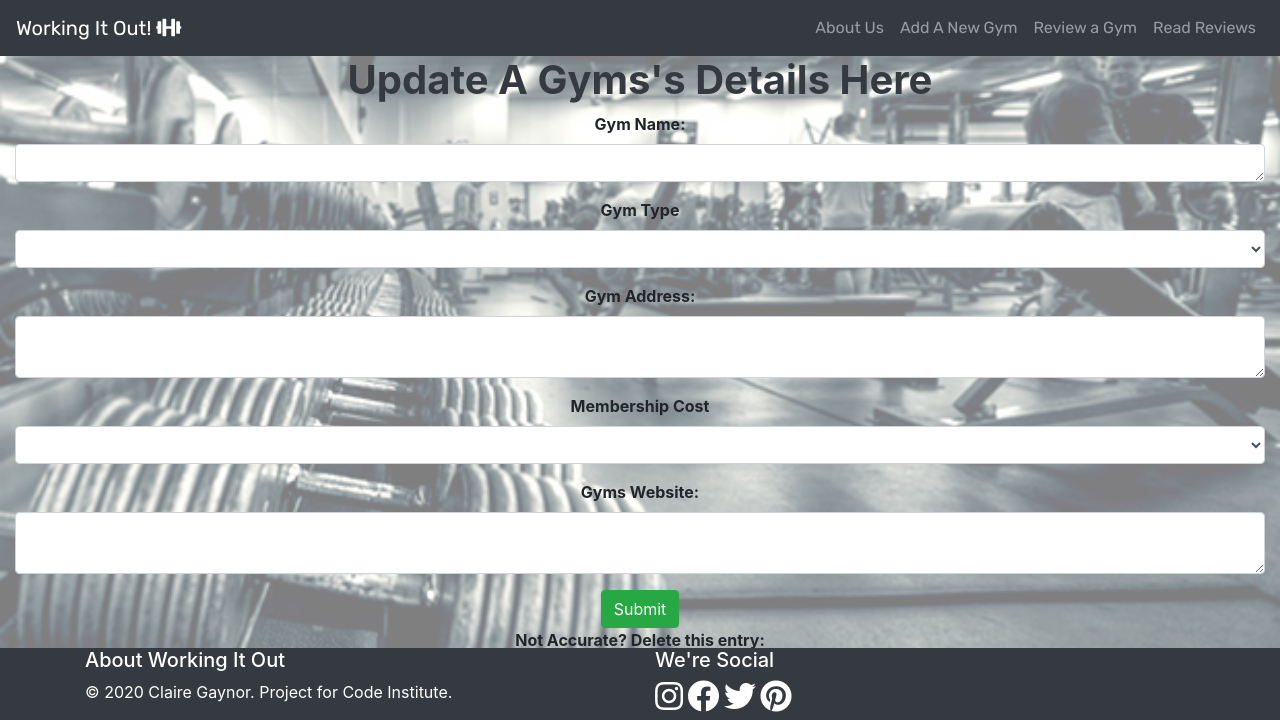
Repository: cgaynor91/Working_It_Out
Page: templates/update_gym.html
The author's editor kept a record of every edit. The page is drawn from the files as they stood at one moment, then again after the next edit.
The browser window is 1280 px wide. The pictures show the whole page.
Some web libraries are served in a nearby version. The page is served by the project's application, run on Flask 3 (app.py). The template is opened directly, without the code that normally fills it, so the values that code supplies are empty.

Above is the page before.

### templates/update_gym.html
{% extends 'base.html' %} {% block content %}

<div class="container-fluid">
    <div class="row justify-content-center">
        <div class="col-10 text-dark welcome-text">
            <h1><strong>Update A Gyms's Details Here</strong></h1>
        </div>
    </div>
    <div class="row row-form justify-content-center">
        <div class="col-12 col-md-5">
            <!-- Form fields here -->
            <form action="{{url_for('update_gym', gym_id=gym._id) }}" method="POST" class="form_font">
                <div class="form-group font-weight-bolder">
                    <label for="gym_name">Gym Name: </label>
                    <textarea class="form-control" id="gym_name" name="gym_name" rows="1" required>{{gym.gym_name}}</textarea>
                </div>
                <div class="form-group font-weight-bolder">
                    <label for="type">Gym Type</label>
                    <select class="form-control" id="gym_type" name="gym_type">
                        <option value="{{gym.gym_type}}" selected>{{gym.gym_type}}</option>
                        {% if gym.gym_type == "General Gym" %}
                        <option>Personal Training</option>
                        <option>Fitness Classes</option>
                        <option>Weightlifting</option>
                        <option>Gym and Pool</option>

                        {% endif %}
                    </select>
                </div>
                <div class="form-group font-weight-bolder">
                    <label for="address">Gym Address: </label>
                    <textarea class="form-control" id="address" name="address" rows="2" required>{{gym.gym_address}}</textarea>
                </div>
                <div class="form-group font-weight-bolder">
                    <label for="cost">Membership Cost</label>
                    <select class="form-control" id="cost" name="cost">
                        <option value="{{gym.cost}}" selected>{{gym.cost}}</option>
                        {% if gym.cost == "Average" %}
                        <option>Expensive</option>
                        <option>Affordable PAYG Option</option>
                        {% elif gym.cost == "Expensive"  %}
                        <option>Average</option>
                        <option>Affordable PAYG Option</option>
                        {% elif gym.cost== "Affordable PAYG Option"  %}
                        <option>Average</option>
                        <option>Expensive</option>
                        {% endif %}
                    </select>
                </div>
                <div class="form-group font-weight-bolder">
                    <label for="gym_url">Gyms Website: </label>
                    <textarea class="form-control" id="gym_url" name="gym_url" rows="2" required>{{gym.gym_url}}</textarea>
                </div>
                <!-- Send button -->
                <button type="submit" class="btn btn-success">Submit</button>
            </form>
            <p class="delete-record-advice"><strong>Not Accurate? Delete this entry:</strong></p>
            <!-- Button trigger modal -->
            <button type="button" class="btn btn-danger" data-toggle="modal" data-target="#Modal">
                Delete Entry
            </button>

            <!-- Modal taken and adapted from Bootstrap -->
            <div class="modal fade" id="Modal" tabindex="-1" role="dialog" aria-labelledby="message_modal" aria-hidden="true">
                <div class="modal-dialog" role="document">
                    <div class="modal-content">
                        <div class="modal-header">
                            <h5 class="modal-title" id="message_modal">Delete Entry</h5>
                            <button type="button" class="close" data-dismiss="modal" aria-label="Close">
                                <span aria-hidden="true">&times;</span>
                            </button>
                        </div>
                        <div class="modal-body">Are you sure you want to delete this?</div>
                        <div class="modal-footer">
                            <a href="{{url_for('get_gyms')}}" type="button" class="btn btn-secondary">Oops, No!
                                take me back!</a>
                            <a href="{{url_for('delete_gym', gym_id=gym._id) }}" type="button" class="btn btn-danger">Yes, Delete This Entry</a>
                        </div>
                    </div>
                </div>
            </div>
        </div>
    </div>
</div>

{% endblock %}

### templates/base.html
<!DOCTYPE html>
<html>

<head>
    <link href="https://fonts.googleapis.com/css?family=Rubik&display=swap" rel="stylesheet">
    <link rel="stylesheet" href="https://stackpath.bootstrapcdn.com/bootstrap/4.4.1/css/bootstrap.min.css">
    <link rel="stylesheet" href="https://cdnjs.cloudflare.com/ajax/libs/font-awesome/5.12.0/css/all.min.css" />
    <link rel="stylesheet" href="{{ url_for('static', filename='css/style.css') }}" type="text/css" />
    <title>Working It Out!</title>
</head>

<body>
    <header>
        <!-- Navbar taken from Bootstrap -->
        <nav class="navbar navbar-expand-md navbar-dark bg-dark home-text">
            <a class="navbar-brand" href="{{url_for('get_gyms')}}">Working It Out! <i
                    class="fas fa-dumbbell"></i></a>
            <button class="navbar-toggler" type="button" data-toggle="collapse" data-target="#navbarNavAltMarkup" aria-controls="navbarNavAltMarkup" aria-expanded="false" aria-label="Toggle navigation">
                <span class="navbar-toggler-icon"></span>
            </button>
            <div class="collapse navbar-collapse" id="navbarNavAltMarkup">
                <div class="navbar-nav ml-auto">
                    <a class="nav-item nav-link" href="{{url_for('about')}}">About Us</a>
                    <a class="nav-item nav-link" href="{{url_for('add_new_gym')}}">Add A New Gym</a>
                    <a class="nav-item nav-link" href="{{url_for('gym_review')}}">Review a Gym</a>
                    <a class="nav-item nav-link" href="{{url_for('read_review')}}">Read Reviews</a>


                </div>
            </div>

        </nav>
    </header>

    <!-- Background image -->
    <div class="container-fluid bg"></div>


    {% block content %} {% endblock %}

    <!--Footer-->
    <footer class="fixed-bottom">
        <div class="container">
            <div class="row">
                <div class="col l6 s12">
                    <h5>About Working It Out</h5>
                    <p> © 2020 Claire Gaynor. Project for Code Institute.</p>
                </div>
                <div class="col l4 offset-l2 s12">
                    <h5>We're Social</h5>
                    <a href="https://www.instagram.com/" target="_blank"><i class="fab fa-instagram fa-2x" style="color:white"></i></a>
                    <a href="https://www.facebook.com/" target="_blank"><i class="fab fa-facebook fa-2x" style="color:white"></i></a>
                    <a href="https://www.twitter.com/" target="_blank"><i class="fab fa-twitter fa-2x" style="color:white"></i>
                    <a href="https://www.pinterest.com/" target="_blank"><i class="fab fa-pinterest fa-2x" style="color:white"></i></a>
                </div>
            </div>
        </div>
    </footer>



    <script src="https://code.jquery.com/jquery-3.4.1.slim.min.js"></script>
    <script src="https://cdn.jsdelivr.net/npm/popper.js@1.16.0/dist/umd/popper.min.js"></script>
    <script src="https://stackpath.bootstrapcdn.com/bootstrap/4.4.1/js/bootstrap.min.js"></script>
</body>

</html>

### app.py
import os
from flask import Flask, render_template, redirect, request, url_for
from flask_pymongo import PyMongo
from bson.objectid import ObjectId

app = Flask(__name__)
app.config["MONGO_DBNAME"] = 'working_it_out'
app.config["MONGO_URI"] = os.getenv('MONGO_URI')

mongo = PyMongo(app)


@app.route('/')
@app.route('/get_gyms')
def get_gyms():
    return render_template("home.html", gyms=mongo.db.gyms.find())

@app.route("/about")
def about():
    return render_template("about.html")


@app.route("/add_new_gym")
def add_new_gym():
    return render_template("add_gym.html")

# Sends the data that the user inserts to the database

@app.route("/insert_gym", methods=['POST'])
def insert_gym():
    gym = mongo.db.gyms
    gym.insert_one({
        'gym_name': request.form.get('gym_name'),
        'gym_type': request.form.get('gym_type'),
        'gym_address':request.form.get('gym_address'),
        'cost':request.form.get('cost'),
        'gym_url':request.form.get('gym_url'),
        })
    return redirect(url_for('get_gyms'))


# Allows user to update information about a gym

@app.route("/edit_gym/<gym_id>")
def edit_gym(gym_id):
    the_gym = mongo.db.gyms.find_one({"_id": ObjectId(gym_id)})
    return render_template("update_gym.html", gym=the_gym)

@app.route("/update_gym/<gym_id>", methods=["POST"])
def update_gym(gym_id):
    gym = mongo.db.gyms
    gym.update({'_id': ObjectId(gym_id)}, {
        'gym_name' : request.form.get('gym_name'),
        'status' : request.form.get('gym_type'),
        'address' : request.form.get('gym_address'),
        'cost' : request.form.get('cost'),
        'gym_url' : request.form.get('gym_url')
    })
    return redirect(url_for('get_gyms'))

# Delete option for a user if they wish to delete a review they wrote or delete a review written by someone else that may be incorrect

@app.route("/delete_gym/<gym_id>")
def delete_gym(gym_id):
    mongo.db.gyms.remove({'_id': ObjectId(gym_id)})
    return redirect(url_for('get_gyms'))

@app.route("/leave_review")
def gym_review():
    return render_template("gym_review.html", gyms=mongo.db.gyms.find())

# Sends the data that the user inserts to the database

@app.route("/gym_review", methods=['POST'])
def insert_review():
    review = mongo.db.reviews
    review.insert_one(request.form.to_dict())
    return redirect(url_for('gym_review'))


@app.route("/read_review")
def read_review():
    return render_template("read_reviews.html", reviews=mongo.db.reviews.find())

if __name__ == '__main__':
    app.run(host=os.environ.get('IP'),
            port=int(os.environ.get('PORT')),
            debug=True)

### static/css/style.css
@import url('https://fonts.googleapis.com/css?family=Rubik&display=swap');

.body {
    min-height: 100%;
    font-family: 'Rubik', sans-serif;
}

.container-fluid {
    text-align: center;
}

.nav-link {
    display: block;
    padding: .5rem 1rem;
    font-family: 'Rubik', sans-serif;
}

.container-fluid_reviews {
    text-align: left;
}

.display-3 {
    font-size: 6rem;
    font-weight: 300;
    line-height: 1.2;
    margin-bottom: 5rem;
    font-family: 'Rubik', sans-serif;
}

hr {
    border: 1px solid grey;
}

.home-text {
    font-family: 'Rubik', sans-serif;
}

.welcome-para {
    margin-top: 0px;
    margin-bottom: 3rem;
    font-family: 'Rubik', sans-serif;
}

.col-12 {
    -ms-flex: 0 0 100%;
    flex: 0 0 100%;
    max-width: 100%;
}

.bg {
    background-image: url(../images/bg-image.png);
    background-size: cover;
    height: 100%;
    overflow: hidden;
    position: fixed;
    width: 100%;
    opacity: 0.5;
    z-index: -1;
}

.jumbotron {
    background-color: transparent;
    margin-bottom: 0px;
}

.jumbo-text {
    color: #000;
    font-weight: bolder;
    font-family: 'Rubik', sans-serif;
}

.btn-home {
    font-weight: bold;
    min-width: 250px;
}

.table td,
.table th {
    padding: .75rem;
    vertical-align: top;
    border-top: 1px solid #dee2e6;
    font-weight: bolder;
    font-family: 'Rubik', sans-serif;
}




.fixed-bottom {
    background-color: #343a40;
    color: #fff;
}




/*

After the next edit:
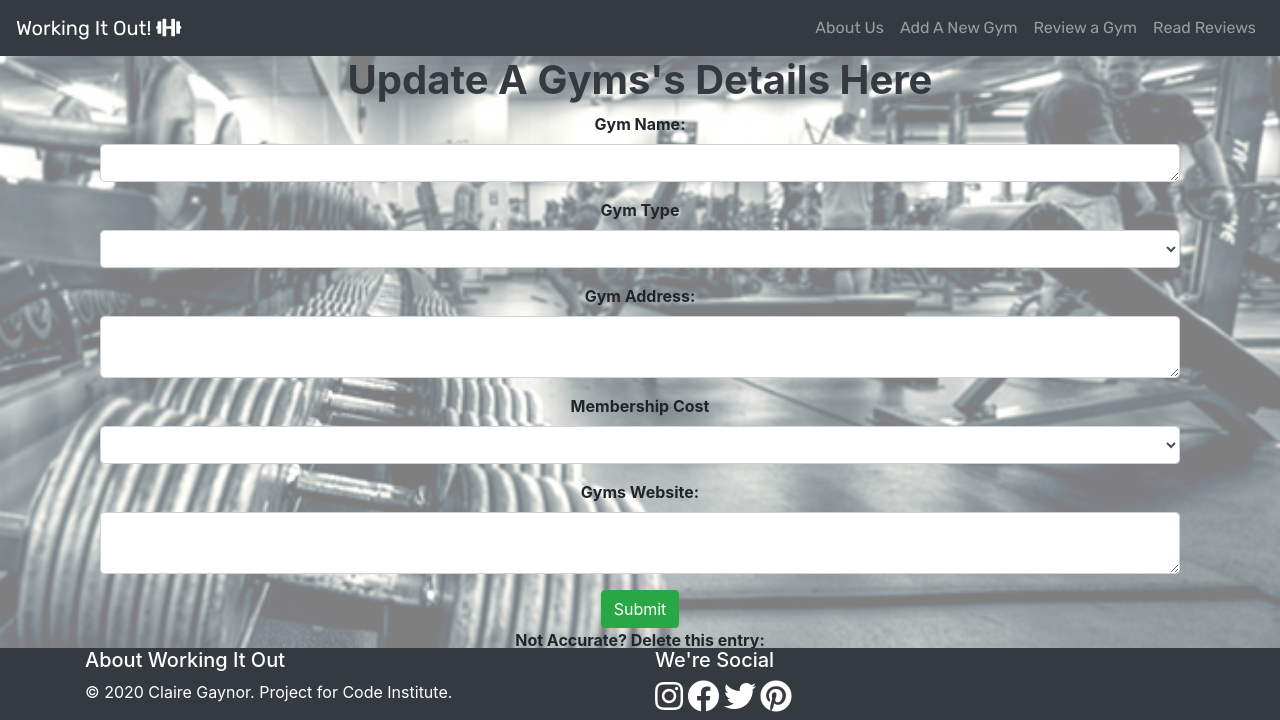
The edit:
--- a/templates/update_gym.html
+++ b/templates/update_gym.html
@@ -6,7 +6,7 @@
             <h1><strong>Update A Gyms's Details Here</strong></h1>
         </div>
     </div>
-    <div class="row row-form justify-content-center">
+    <div class="container justify-content-center">
         <div class="col-12 col-md-5">
             <!-- Form fields here -->
             <form action="{{url_for('update_gym', gym_id=gym._id) }}" method="POST" class="form_font">
